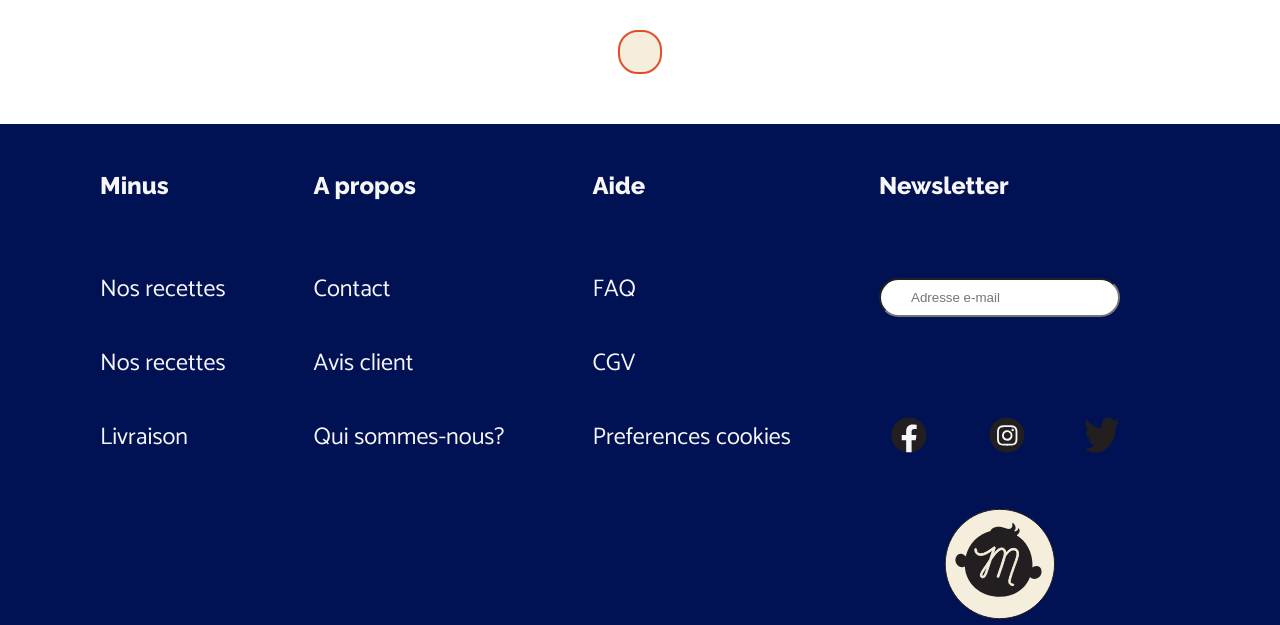
Repository: minus-team7/minus_team7
Page: minus_homepage.html
These files come from the project's save history. The page is drawn as it stood at one moment and after the next save; the edit follows.
The browser window is 1280 px wide. The pictures show the part of the page from y = 1786 to 2435 px (the page is 2411 px tall before and 2435 px after).
A picture or video elsewhere on the page could not be fetched, so the positions and the page height are approximate.

Above is the page before, as saved 2023-02-12 23:23:33.

After the next save:
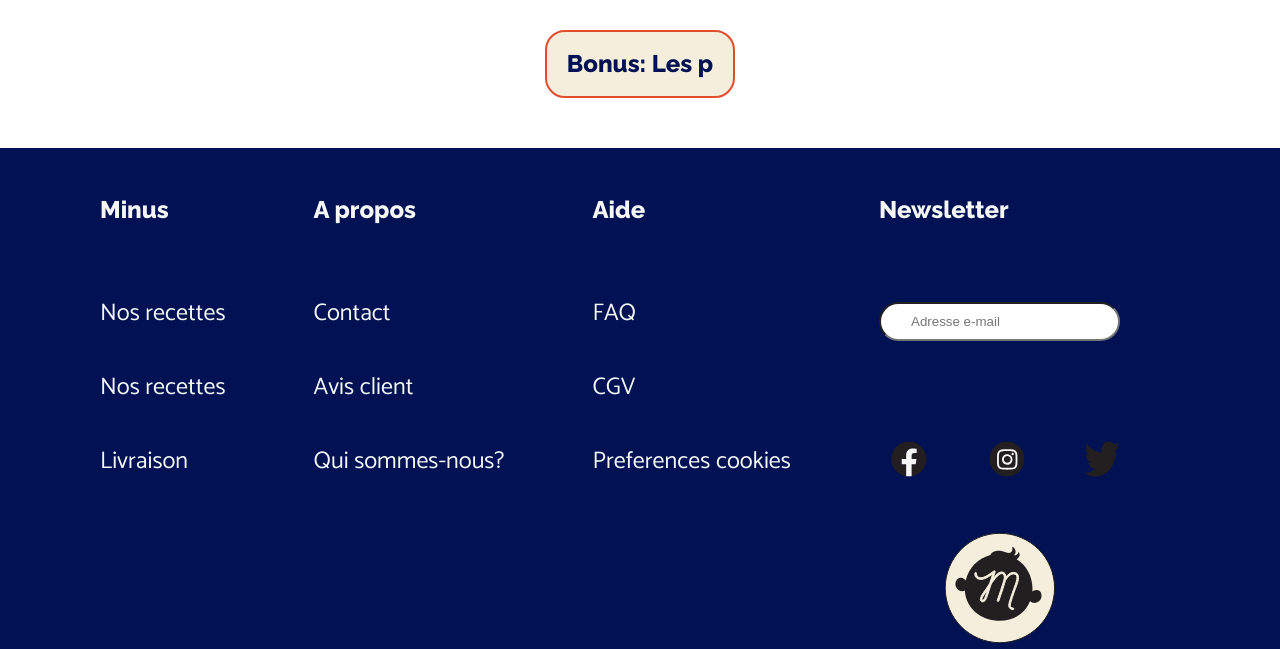
Saved 6 s later.
--- a/minus_homepage.html
+++ b/minus_homepage.html
@@ -84,7 +84,7 @@
     </section>
 
     <div class="bouton">
-        <a href="#"></a>
+        <a href="#">Bonus: Les p</a>
     </div>
 
     <section class="nos-desserts">
